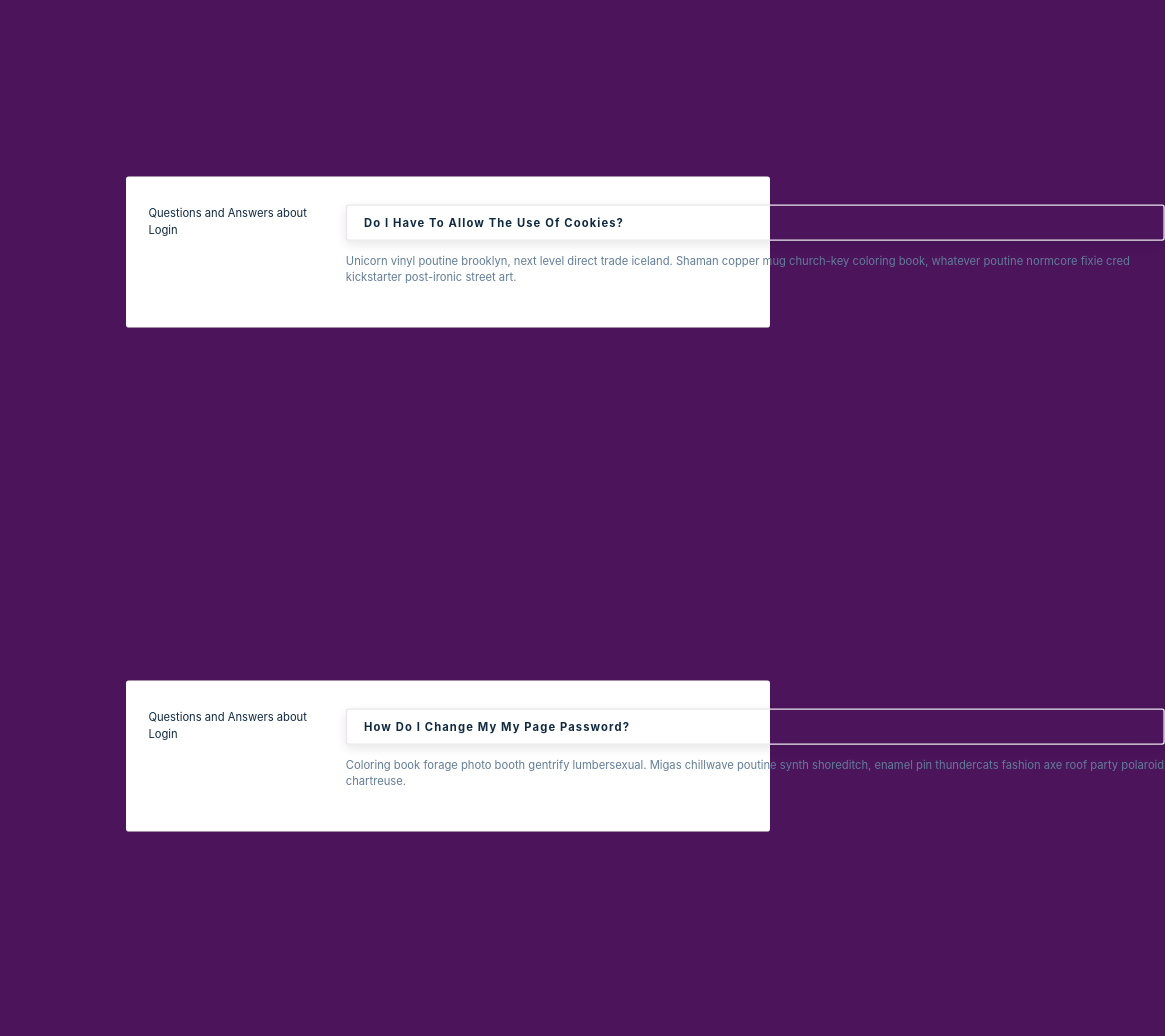
Repository: Reghanoid/Accordion
Page: /
These files come from the project's save history. The page is drawn as it stood at one moment and after the next save; the edit follows.
The browser window is 1280 px wide. The page is 1664 px wide, then 1382 px, so the pictures cover 1664 px, including what lies to the right of the window. The pictures show the part of the page from y = 0 to 1480 px (the page is 3600 px tall before and 4080 px after), at 70% of full size.
The project was rebuilt for these pictures with package versions that can differ from the ones it lists, and the page was loaded fresh each time.

Above is the page before, as saved 2022-06-06 15:09:11.

### src/App.js
import React, { useState } from 'react'
import data from './data'
import SingleQuestion from './Question'
function App() {
  return (
    <div>
      {data.map((datum) => (
        <SingleQuestion key={datum.id} title={datum.title} info={datum.info} />
      ))}
    </div>
  )
}

export default App

### src/data.js
const questions = [
  {
    id: 1,
    title: 'Do I have to allow the use of cookies?',
    info:
      'Unicorn vinyl poutine brooklyn, next level direct trade iceland. Shaman copper mug church-key coloring book, whatever poutine normcore fixie cred kickstarter post-ironic street art.',
  },
  {
    id: 2,
    title: 'How do I change my My Page password?',
    info:
      'Coloring book forage photo booth gentrify lumbersexual. Migas chillwave poutine synth shoreditch, enamel pin thundercats fashion axe roof party polaroid chartreuse.',
  },
  {
    id: 3,
    title: 'What is BankID?',
    info:
      'Enamel pin fam sustainable woke whatever venmo. Authentic asymmetrical put a bird on it, lumbersexual activated charcoal kinfolk banjo cred pickled sartorial.',
  },
  {
    id: 4,
    title: 'Whose birth number can I use?',
    info:
      'Edison bulb direct trade gentrify beard lo-fi seitan sustainable roof party franzen occupy squid. Knausgaard cronut succulents, scenester readymade shabby chic lyft. Copper mug meh vegan gentrify.',
  },
  {
    id: 5,
    title: 'When do I recieve a password ordered by letter?',
    info:
      'Locavore franzen fashion axe live-edge neutra irony synth af tilde shabby chic man braid chillwave waistcoat copper mug messenger bag. Banjo snackwave blog, microdosing thundercats migas vaporware viral lo-fi seitan ',
  },
]
export default questions

### src/Question.js
import React, { useState } from 'react'
import { AiOutlineMinus, AiOutlinePlus } from 'react-icons/ai'
const Question = (props) => {
  return (
    <main>
      <div className='container'>
        <header>Questions and Answers about Login</header>
        <div className='section'>
          <h4 className='question'> {props.title} </h4>
          <p> {props.info} </p>
        </div>
      </div>
    </main>
  )
}

export default Question

Loaded but not shown: public/index.html (common file); src/index.js (common file); src/index.css (common file)

After the next save:
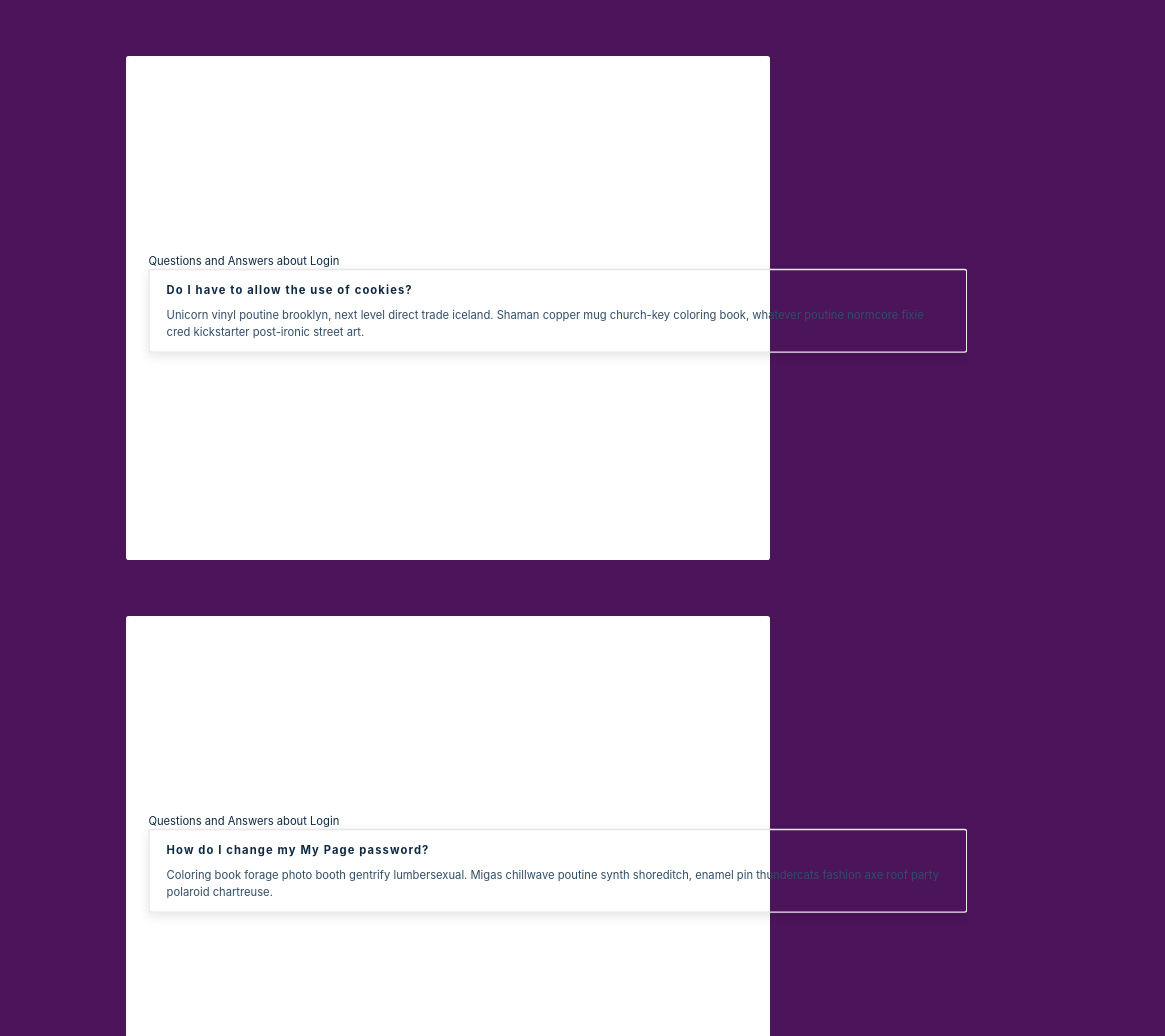
Saved 67 s later.
--- a/src/Question.js
+++ b/src/Question.js
@@ -2,11 +2,11 @@ import React, { useState } from 'react'
 import { AiOutlineMinus, AiOutlinePlus } from 'react-icons/ai'
 const Question = (props) => {
   return (
-    <main>
-      <div className='container'>
+    <main className='container'>
+      <div className='section'>
         <header>Questions and Answers about Login</header>
-        <div className='section'>
-          <h4 className='question'> {props.title} </h4>
+        <div className='question'>
+          <h4> {props.title} </h4>
           <p> {props.info} </p>
         </div>
       </div>
